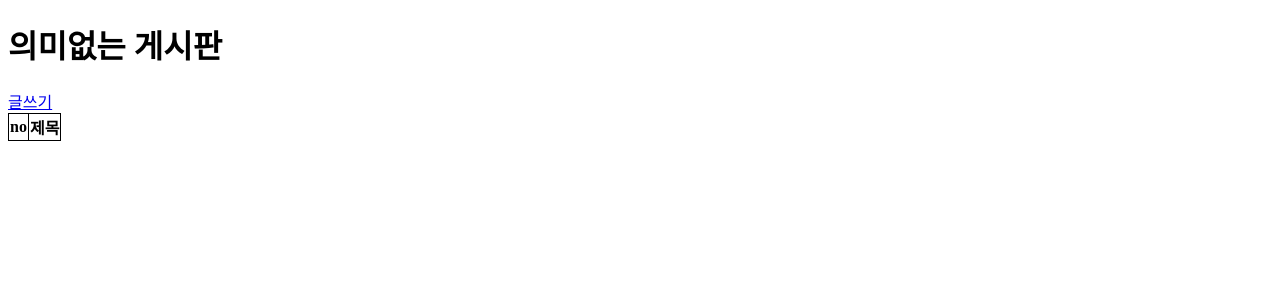
Repository: Bigdog93/WebworkspacePT
Page: http://localhost/BoardVer2/list
The author's editor kept a copy of each file at every save. The page is drawn from the files as they stood at one save, then again after the next save.
The browser window is 1280 px wide. The pictures show the whole page.
The page is served by Tomcat 9. Other server files are loaded and not shown.

Above is the page before, as saved 2021-04-27 05:45:53.

### WebWorkSpace/BoardVer2/src/main/webapp/WEB-INF/jsp/list.jsp
<%@ page language="java" contentType="text/html; charset=UTF-8"
    pageEncoding="UTF-8"%>
<%@ page import="com.board.boardVO.*"%>
<%@ page import="java.util.* " %>
<%
	List<BoardVO> db = (List<BoardVO>)request.getAttribute("database");
%>
<!DOCTYPE html>
<html>
<head>
<meta charset="UTF-8">
<style>
	table, th, td {
		border : 1px solid black;
		border-collapse : collapse;
	}
</style>
<title>Insert title here</title>
</head>
<body>
	<h1>의미없는 게시판</h1>
	<div id="write"><a href="/write"> 글쓰기</a></div>
	<div>
		<table>
			<tr>
				<th>no</th>
				<th>제목</th>
			</tr>
			<% for(int i = 0; i < db.size(); i++) { %>
			<tr>
				<td><%=db.get(i).getBoard_idx() %></td>
				<td><a href="/detail?no=<%=i %>"><%=db.get(i).getTitle() %></a></td>
			<tr>
			<% } %>
		</table>
	</div>
</body>
</html>

### WebWorkSpace/BoardVer2/src/main/java/com/board/control/BoardListServlet.java
package com.board.control;

import java.io.IOException;
import javax.servlet.ServletException;
import javax.servlet.annotation.WebServlet;
import javax.servlet.http.HttpServlet;
import javax.servlet.http.HttpServletRequest;
import javax.servlet.http.HttpServletResponse;

import com.board.boardVO.Database;

@WebServlet("/list")
public class BoardListServlet extends HttpServlet {
	private static final long serialVersionUID = 1L;

	protected void doGet(HttpServletRequest request, HttpServletResponse response) throws ServletException, IOException {

		request.setAttribute("database", Database.getList());


		String url = "/WEB-INF/jsp/list.jsp";
		request.getRequestDispatcher(url).forward(request, response);
	}

	protected void doPost(HttpServletRequest request, HttpServletResponse response) throws ServletException, IOException {

	}

}

### WebWorkSpace/BoardVer2/src/main/java/com/board/boardVO/Database.java
package com.board.boardVO;

import java.util.ArrayList;
import java.util.List;

public class Database {
	private static List<BoardVO> list = new ArrayList<BoardVO>();

	public static List<BoardVO> getList() {
		return list;
	}
}

After the next save:
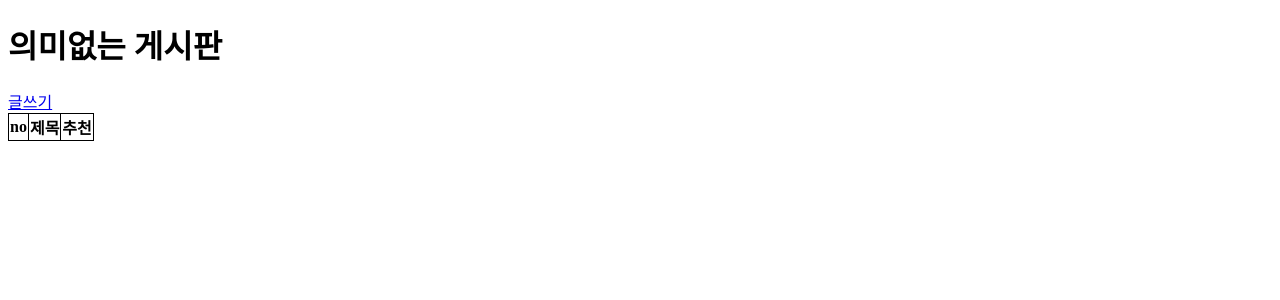
Saved 22 s later.
--- a/WebWorkSpace/BoardVer2/src/main/webapp/WEB-INF/jsp/list.jsp
+++ b/WebWorkSpace/BoardVer2/src/main/webapp/WEB-INF/jsp/list.jsp
@@ -25,6 +25,7 @@
 			<tr>
 				<th>no</th>
 				<th>제목</th>
+				<th>추천</th>
 			</tr>
 			<% for(int i = 0; i < db.size(); i++) { %>
 			<tr>
